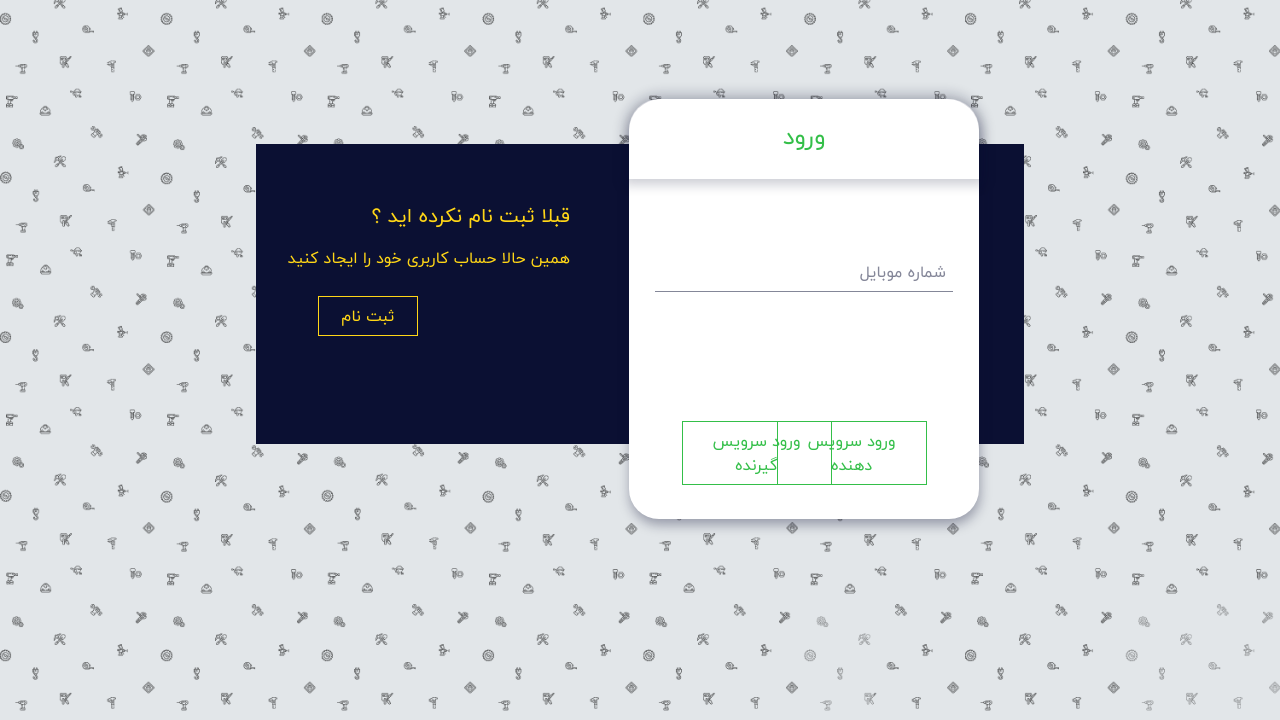
Repository: nightwolf-041/pisheyar-panel-user
Page: /login
The author's editor kept a copy of each file at every save. The page is drawn from the files as they stood at one save, then again after the next save.
The browser window is 1280 px wide. The pictures show the whole page.
The page's requests for data from a server got no answer. The project was rebuilt for these pictures with package versions that can differ from the ones it lists, and the page was loaded fresh each time. No one was signed in, and anything a server would have sent is missing. Also part of the build but not shown: src/components/login/RegisterBoxSteps.jsx.

Above is the page before, as saved 2020-05-20 11:50:44.

### src/index.css
@font-face {
    font-family: Yekan;
    src: url('./assets/fonts/iran-yekan/iranyekan.woff')
}

*,
* * {
    font-family: Yekan !important;
}

body {
    margin: 0 auto;
    font-family: Yekan !important;
    overflow-x: hidden !important;
    overflow-y: hidden !important;
}

code {
    font-family: source-code-pro, Menlo, Monaco, Consolas, 'Courier New', monospace;
}

### src/App.css
@font-face {
    font-family: Yekan;
    src: url('./assets/fonts/iran-yekan/iranyekan.woff')
}

*,
* * {
    font-family: Yekan !important;
}

.Toastify__toast-body {
    text-align: right !important;
}

.react-code-input input {
    padding: 0 !important;
    text-align: center !important;
    font-size: 1.2rem !important;
}

.lds-dual-ring {
    display: flex;
    justify-content: center;
    align-items: center;
    width: 150px;
    height: 150px;
    position: fixed;
    top: 30%;
    left: calc(50% - 75px);
    transform: translateZ(0);
    -webkit-transform: translateZ(0);
    -ms-transform: translateZ(0);
    -o-transform: translateZ(0);
}

.lds-dual-ring:after {
    content: " ";
    display: block;
    width: 64px;
    height: 64px;
    margin: 8px;
    border-radius: 50%;
    border: 6px solid #fff;
    border-color: #0b1033 transparent #ffd617 transparent;
    animation: lds-dual-ring 1.2s linear infinite;
    -webkit-animation: lds-dual-ring 1.2s linear infinite;
    -moz-animation: lds-dual-ring 1.2s linear infinite;
    -o-animation: lds-dual-ring 1.2s linear infinite;
}

@keyframes lds-dual-ring {
    0% {
        transform: rotate(0deg);
    }
    100% {
        transform: rotate(360deg);
    }
}

@-webkit-keyframes lds-dual-ring {
    0% {
        transform: rotate(0deg);
    }
    100% {
        transform: rotate(360deg);
    }
}

@-moz-keyframes lds-dual-ring {
    0% {
        transform: rotate(0deg);
    }
    100% {
        transform: rotate(360deg);
    }
}

@-o-keyframes lds-dual-ring {
    0% {
        transform: rotate(0deg);
    }
    100% {
        transform: rotate(360deg);
    }
}

### src/components/login/login.module.css
button:disabled {
    cursor: no-drop !important;
}

button {
    cursor: pointer;
}

::placeholder {
    color: rgba(11, 16, 51, 0.5);
}

.loginKeeper {
    position: relative;
    width: 100%;
    height: 100vh;
    background-color: #1730491f;
    background-image: url('../../assets/images/WideBackgroundFooter.svg');
    background-position: center;
    background-size: cover;
    display: flex;
    justify-content: center;
    align-items: center;
    overflow: hidden;
}

.loginPageMain {
    position: relative;
    width: 100vw;
    height: 100vh;
}

.loginRegisterSwitch {
    position: relative;
    top: 20%;
    width: 60%;
    max-width: 900px;
    display: block;
    margin-right: auto;
    margin-left: auto;
    height: 300px;
    background-color: #0b1033 !important;
    transition: 0.4s all ease;
}

.registerSideBox {
    position: absolute;
    top: 20%;
    left: 0;
    width: 360px;
    opacity: 1;
    transition: 1s opacity ease;
}

.registerSideBoxHidden {
    position: absolute;
    top: 20%;
    left: 0;
    width: 360px;
    opacity: 0;
    transition: 0.6s opacity ease;
}

.registerboxHead {
    text-align: right;
    color: #ffd617;
    padding-bottom: 10px;
}

.registerboxDesc {
    text-align: right;
    color: #ffd617;
}

.registerboxButton {
    position: absolute;
    left: 30%;
    margin-top: 10px;
    width: 100px;
    padding: 7px 15px;
    color: #ffd617;
    background: none;
    outline: none;
    border: 1px solid #ffd617;
    transition: 0.3s all ease;
}

.registerboxButton:before {
    position: absolute;
    top: 0;
    right: 0;
    width: 0;
    height: 100%;
    background-color: #ffd617;
    content: '';
    transition: 0.3s all ease;
}

.registerboxButton:hover {
    color: #0b1033 !important;
    z-index: 1 !important;
}

.registerboxButton:hover:before {
    width: 100%;
    z-index: -1;
}

.loginSideBox {
    position: absolute;
    top: 20%;
    right: 10%;
    width: 360px;
    opacity: 1;
    transition: 0.6s opacity ease;
}

.loginSideBoxHidden {
    position: absolute;
    top: 20%;
    right: 10%;
    width: 360px;
    opacity: 0;
    transition: 0.6s opacity ease;
}

.loginboxHead {
    text-align: right;
    color: #ffd617;
    padding-bottom: 10px;
}

.loginboxDesc {
    text-align: right;
    color: #ffd617;
}

.loginboxButton {
    position: absolute;
    right: 5%;
    width: 100px;
    margin-top: 10px;
    padding: 7px 15px;
    color: #ffd617;
    background: none;
    outline: none;
    border: 1px solid #ffd617;
    transition: 0.3s all ease;
}

.loginboxButton:before {
    position: absolute;
    top: 0;
    left: 0;
    width: 0;
    height: 100%;
    background-color: #ffd617;
    content: '';
    transition: 0.3s all ease;
}

.loginboxButton:hover {
    color: #0b1033 !important;
    z-index: 1 !important;
}

.loginboxButton:hover:before {
    width: 100%;
    z-index: -1;
}

.loginRegisterLoginBox {
    transition: 0.5s all ease;
    position: absolute;
    top: -15%;
    right: 45px;
    width: 350px;
    height: 420px;
    background-color: #fff;
    border-radius: 30px;
    box-shadow: 1px 6px 12px #0b103357;
}

.loginRegisterLoginHead {
    position: absolute;
    top: 0;
    width: 100%;
    height: 5rem;
    padding-top: 1.5rem;
    box-shadow: 0 0 12px 6px rgba(11, 16, 51, 0.2);
    display: flex;
    justify-content: center;
    border-top-left-radius: 2rem;
    border-top-right-radius: 2rem;
    color: #34bf49;
}

.loginRegisterLoginForm {
    position: absolute;
    top: 30%;
    width: 100%;
    height: 115px;
    display: flex;
    flex-direction: column;
    justify-content: center;
    align-content: center;
    align-items: center;
}

.loginRegisterLoginPhoneNumber,
.loginRegisterLoginPhoneNumberInvalid {
    width: 85%;
    padding: 7px 7px;
    margin-bottom: 20px;
    border: none;
    outline: none;
    direction: rtl;
}

.loginRegisterLoginPhoneNumber {
    border-bottom: 1px solid rgba(11, 16, 51, 0.5);
}

.loginRegisterLoginPhoneNumberInvalid {
    border-bottom: 1px solid #e57373;
}

.loginRegisterLoginPhoneNumber:focus::placeholder,
.loginRegisterLoginPhoneNumberInvalid:focus::placeholder {
    visibility: hidden;
}

.loginMobileErrorSpan {
    margin-top: -12px;
    padding-right: 15px;
    font-size: 13px;
    color: #f44336;
    width: 94%;
    display: flex;
    justify-content: flex-end;
}

.loginRegisterLoginButton {
    position: absolute;
    top: 170%;
    right: 15%;
    padding: 7px 8px;
    width: 150px;
    background: none;
    outline: none;
    color: #34bf49;
    border: 1px solid #34bf49;
}

.loginRegisterLoginButtonByer {
    position: absolute;
    top: 170%;
    left: 15%;
    padding: 7px 8px;
    width: 150px;
    background: none;
    outline: none;
    color: #34bf49;
    border: 1px solid #34bf49;
}

.loginRegisterLoginButtonByer::before,
.loginRegisterLoginButton::before {
    position: absolute;
    top: 0;
    left: 0;
    width: 100%;
    height: 0;
    background-color: #34bf49;
    content: '';
    transition: 0.3s all ease;
}

.loginRegisterLoginButtonByer:hover,
.loginRegisterLoginButton:hover {
    color: #fff !important;
    z-index: 1 !important;
}

.loginRegisterLoginButtonByer:hover::before,
.loginRegisterLoginButton:hover::before {
    height: 100%;
    z-index: -1;
}

.loginRegisterRegisterBox {
    transition: 0.5s all ease;
    position: absolute;
    top: -30%;
    right: calc(100% - 400px);
    width: 350px;
    height: 530px;
    background-color: #fff;
    border-radius: 30px;
    box-shadow: 1px 6px 12px #0b103357;
    margin-bottom: 1rem;
    margin-top: 1rem;
}

.loginRegisterRegisterBoxMinHeight {
    transition: 0.5s all ease;
    position: absolute;
    top: -15%;
    right: calc(100% - 400px);
    width: 350px;
    height: 420px;
    background-color: #fff;
    border-radius: 30px;
    box-shadow: 1px 6px 12px #0b103357;
    margin-bottom: 1rem;
    margin-top: 1rem;
}

.loginRegisterRegisterHead {
    position: absolute;
    top: 0;
    width: 100%;
    height: 5rem;
    padding-top: 2rem;
    box-shadow: 0 1px 12px 6px rgba(3, 3, 5, 0.2);
    display: flex;
    justify-content: center;
    border-top-left-radius: 2rem;
    border-top-right-radius: 2rem;
    color: #34bf49;
}

.loginRegisterRegisterForm {
    position: absolute;
    top: 25%;
    width: 100%;
    height: 280px;
    display: flex;
    flex-direction: column;
    justify-content: center;
    align-content: center;
    align-items: center;
}

.loginRegisterRegisterName,
.loginRegisterRegisterNameInvalid {
    width: 85%;
    padding: 7px 7px;
    margin-bottom: 20px;
    color: rgba(11, 16, 51, 0.95);
    border: none;
    outline: none;
    direction: rtl;
}

.loginRegisterRegisterName {
    border-bottom: 1px solid rgba(11, 16, 51, 0.5);
}

.loginRegisterRegisterNameInvalid {
    border-bottom: 1px solid #e57373;
}

.loginRegisterRegisterName:focus::placeholder,
.loginRegisterRegisterNameInvalid:focus::placeholder {
    visibility: hidden;
}

.registerNameErrorSpan {
    margin-top: -13px;
    padding-right: 15px;
    font-size: 12px;
    color: #f44336;
    width: 94%;
    display: flex;
    justify-content: flex-end;
}

.loginRegisterRegisterFamily,
.loginRegisterRegisterFamilyInvalid {
    width: 85%;
    padding: 7px 7px;
    margin-bottom: 20px;
    color: rgba(11, 16, 51, 0.95);
    border: none;
    outline: none;
    direction: rtl;
}

.loginRegisterRegisterFamily {
    border-bottom: 1px solid rgba(11, 16, 51, 0.5);
}

.loginRegisterRegisterFamilyInvalid {
    border-bottom: 1px solid #e57373;
}

.loginRegisterRegisterFamily:focus::placeholder,
.loginRegisterRegisterFamilyInvalid:focus::placeholder {
    visibility: hidden;
}

.registerFamilyErrorSpan {
    margin-top: -13px;
    padding-right: 15px;
    font-size: 12px;
    color: #f44336;
    width: 94%;
    display: flex;
    justify-content: flex-end;
}

.registerCityErrorSpan {
    margin-top: -13px;
    padding-right: 15px;
    font-size: 12px;
    color: #f44336;
    width: 94%;
    display: flex;
    justify-content: flex-end;
}

.loginRegisterRegisterSelectsbox {
    width: 85%;
    display: flex;
    flex-direction: row-reverse;
    justify-content: space-between;
    align-items: center;
    margin-bottom: 10px;
}

.loginRegisterRegisterSelectContry,
.loginRegisterRegisterSelectCity {
    height: 2.1rem;
    display: flex;
    justify-content: center;
    align-items: center;
    direction: rtl;
    width: 45%;
    background: none;
    border-bottom: 1px solid rgba(11, 16, 51, 0.5);
    outline: none;
    padding: 0.4rem 0.7rem;
    margin-top: 0.5rem;
    margin-bottom: 0.5rem;
    color: rgba(11, 16, 51, 0.95);
}

.loginRegisterRegisterSelectContryInvalid,
.loginRegisterRegisterSelectCityInvalid {
    height: 2.1rem;
    display: flex;
    justify-content: center;
    align-items: center;
    direction: rtl;
    width: 45%;
    background: none;
    border-bottom: 1px solid #e57373;
    outline: none;
    padding: 0.4rem 0.7rem;
    margin-top: 0.5rem;
    margin-bottom: 0.5rem;
    color: rgba(11, 16, 51, 0.95);
}

.loginRegisterRegisterSelectGender {
    height: 2.1rem;
    display: flex;
    justify-content: center;
    align-items: center;
    direction: rtl;
    width: 85%;
    background: none;
    border-bottom: 1px solid rgba(11, 16, 51, 0.5);
    outline: none;
    padding: 0.4rem 0.7rem;
    margin-top: 0.5rem;
    margin-bottom: 0.5rem;
    color: rgba(11, 16, 51, 0.95);
    margin-bottom: 20px;
}

.loginRegisterRegisterPhoneNumber,
.loginRegisterRegisterPhoneNumberInvalid {
    width: 85%;
    padding: 7px 7px;
    margin-bottom: 20px;
    color: rgba(11, 16, 51, 0.95);
    border: none;
    outline: none;
    direction: rtl;
}

.loginRegisterRegisterPhoneNumber {
    border-bottom: 1px solid rgba(11, 16, 51, 0.5);
}

.loginRegisterRegisterPhoneNumberInvalid {
    border-bottom: 1px solid #e57373;
}

.loginRegisterRegisterPhoneNumber:focus::placeholder,
.loginRegisterRegisterPhoneNumberInvalid:focus::placeholder {
    visibility: hidden;
}

.registerPhoneNumberErrorSpan {
    margin-top: -13px;
    padding-right: 15px;
    font-size: 12px;
    color: #f44336;
    width: 94%;
    display: flex;
    justify-content: flex-end;
}

.registerStep2CodeInput,
.registerStep2CodeInputInvalid {
    width: 85%;
    padding: 7px 7px;
    margin-bottom: 20px;
    border: none;
    outline: none;
    direction: rtl;
}

.registerStep2CodeInput {
    border-bottom: 1px solid rgba(11, 16, 51, 0.5);
}

.registerStep2CodeInputInvalid {
    border-bottom: 1px solid #e57373;
}

.registerStep2CodeInput:focus::placeholder,
.registerStep2CodeInputInvalid:focus::placeholder {
    visibility: hidden;
}

.registerStep2CodeErrorSpan {
    margin-top: -13px;
    padding-right: 15px;
    font-size: 14px;
    color: #f44336;
    width: 94%;
    display: flex;
    justify-content: flex-end;
}

.loginRegisterRegisterButton {
    position: absolute;
    top: 115%;
    right: calc(50% - 90px);
    padding: 7px 15px;
    width: 180px;
    background: none;
    outline: none;
    color: #34bf49;
    border: 1px solid #34bf49;
}

.loginRegisterRegisterButton:before {
    position: absolute;
    bottom: 0;
    left: 0;
    width: 100%;
    height: 0;
    background-color: #34bf49;
    content: '';
    transition: 0.3s all ease;
}

.loginRegisterRegisterButton:hover {
    color: #fff !important;
    z-index: 1 !important;
}

.loginRegisterRegisterButton:hover:before {
    height: 100%;
    z-index: -1;
}


/* step2 btns */

.registerStep2Buttonsbox {
    position: absolute;
    top: 170%;
    right: 0;
    width: 100%;
    display: flex;
    flex-direction: row-reverse;
    justify-content: space-around;
    align-items: center;
}

.registerStep2Button {
    position: relative;
    padding: 7px 10px;
    width: 100px;
    background: none;
    outline: none;
    color: #34bf49;
    border: 1px solid #34bf49;
}

.registerStep2Button:before {
    position: absolute;
    bottom: 0;
    left: 0;
    width: 100%;
    height: 0;
    background-color: #34bf49;
    content: '';
    transition: 0.3s all ease;
}

.registerStep2Button:hover {
    color: #fff !important;
    z-index: 1 !important;
}

.registerStep2Button:hover:before {
    height: 100%;
    z-index: -1;
}

.registerStep2BackButton {
    position: relative;
    padding: 7px 10px;
    width: 100px;
    background: none;
    outline: none;
    color: #f44336;
    border: 1px solid #f44336;
}

.registerStep2BackButton:before {
    position: absolute;
    bottom: 0;
    left: 0;
    width: 100%;
    height: 0;
    background-color: #f44336;
    content: '';
    transition: 0.3s all ease;
}

.registerStep2BackButton:hover {
    color: #fff !important;
    z-index: 1 !important;
}

.registerStep2BackButton:hover:before {
    height: 100%;
    z-index: -1;
}


/* login step2 btns  */

.loginStep2Button {
    position: relative;
    padding: 7px 10px;
    width: 100px;
    background: none;
    outline: none;
    color: #34bf49;
    border: 1px solid #34bf49;
}

.loginStep2Button:before {
    position: absolute;
    top: 0;
    left: 0;
    width: 100%;
    height: 0;
    background-color: #34bf49;
    content: '';
    transition: 0.3s all ease;
}

.loginStep2Button:hover {
    color: #fff !important;
    z-index: 1 !important;
}

.loginStep2Button:hover:before {
    height: 100%;
    z-index: -1;
}

.loginStep2BackButton {
    position: relative;
    padding: 7px 10px;
    width: 100px;
    background: none;
    outline: none;
    color: #f44336;
    border: 1px solid #f44336;
}

.loginStep2BackButton:before {
    position: absolute;
    top: 0;
    left: 0;
    width: 100%;
    height: 0;
    background-color: #f44336;
    content: '';
    transition: 0.3s all ease;
}

.loginStep2BackButton:hover {
    color: #fff !important;
    z-index: 1 !important;
}

.loginStep2BackButton:hover:before {
    height: 100%;
    z-index: -1;
}

.registerAlerts {
    position: absolute;
    top: -40%;
    left: 0;
    width: 100%;
    height: 0;
    text-align: center;
    z-index: 15;
}

.registerAlerts p,
.registerAlerts h4 {
    color: #fff;
    font-size: 18px;
    padding-bottom: 15px;
    text-align: center;
}

.registerAlerts span {
    color: #fff;
    font-size: 17px;
    padding-bottom: 15px;
    text-align: center;
}

.loginAlerts {
    position: absolute;
    top: -40%;
    left: 0;
    width: 100%;
    height: 0;
    text-align: center;
    z-index: 15;
}

.loginAlerts p,
.loginAlerts h4 {
    color: #fff;
    font-size: 18px;
    padding-bottom: 15px;
    text-align: center;
}

.loginAlerts span {
    color: #fff;
    font-size: 17px;
    padding-bottom: 15px;
    text-align: center;
}

.loginShowHidePasswordIcon {
    width: 27px;
    height: 27px;
    position: absolute;
    top: 60%;
    right: 10%;
}

.registerShowHidePasswordIcon {
    width: 27px;
    height: 27px;
    position: absolute;
    top: 53%;
    right: 10%;
}

.registerShowHideRepasswordIcon {
    width: 27px;
    height: 27px;
    position: absolute;
    bottom: 9%;
    right: 10%;
}

.registerShowHideRepasswordIconInvalid {
    width: 27px;
    height: 27px;
    position: absolute;
    bottom: 5%;
    right: 10%;
}

.timerBox {
    margin-bottom: -50px;
    margin-top: 20px;
    color: #f44336;
}

@media screen and (max-width: 1330px) {
    .registerSideBox {
        left: -6%;
    }
    .registerSideBoxHidden {
        left: -6%;
    }
    .loginSideBox {
        right: 4%;
    }
    .loginSideBoxHidden {
        right: 4%;
    }
}

@media screen and (max-width: 1220px) {
    .loginRegisterSwitch {
        width: 70%;
    }
}

@media screen and (max-width: 1060px) {
    .loginRegisterSwitch {
        width: 80%;
    }
}

@media screen and (max-width: 930px) {
    .loginRegisterSwitch {
        width: 90%;
    }
}

@media screen and (max-width: 850px) {
    .registerSideBox {
        left: -11%;
    }
    .registerSideBoxHidden {
        left: -11%;
    }
    .registerboxHead {
        font-size: 16px;
    }
    .registerboxDesc {
        font-size: 14px;
    }
    .registerboxButton {
        left: 40%;
    }
    .loginboxHead {
        font-size: 16px;
    }
    .loginboxDesc {
        font-size: 14px;
    }
}

@media screen and (max-width: 780px) {
    .loginRegisterRegisterBox {
        right: calc(100% - 350px);
        width: 300px;
        height: 530px;
    }
    .loginRegisterRegisterBoxMinHeight {
        right: calc(100% - 350px);
        width: 300px;
        height: 420px;
    }
    .loginRegisterLoginBox {
        width: 300px;
        height: 400px;
    }
    .loginRegisterLoginButton {
        width: 160px;
        left: calc(50% - 80px);
        top: 130%;
    }
    .loginRegisterLoginButtonByer {
        width: 160px;
        left: calc(50% - 80px);
        top: 170%;
    }
}

@media screen and (max-width: 730px) {
    .loginPageMain {
        height: 120vh;
    }
    .loginRegisterSwitch {
        width: 350px;
        top: 20%;
        height: 500px;
        /* margin-bottom: 20rem; */
    }
    .loginRegisterLoginBox {
        top: -20%;
        right: 25px;
    }
    .loginRegisterRegisterBox {
        right: 25px;
        top: 40%;
    }
    .loginRegisterRegisterBoxMinHeight {
        right: 25px;
        top: 40%;
    }
    .loginSideBox {
        width: 100%;
        top: 10%;
        left: 0;
        display: flex;
        flex-direction: column;
        align-items: center;
        right: 0;
    }
    .loginSideBoxHidden {
        width: 100%;
        top: 10%;
        left: 0;
        display: flex;
        flex-direction: column;
        align-items: center;
        right: 0;
    }
    .loginboxButton {
        left: calc(50% - 50px);
        width: 100px;
        margin-top: 5rem;
    }
    .registerSideBox {
        width: 100%;
        top: 67%;
        left: 0;
        display: flex;
        flex-direction: column;
        align-items: center;
        right: 0;
    }
    .registerSideBoxHidden {
        width: 100%;
        top: 67%;
        left: 0;
        display: flex;
        flex-direction: column;
        align-items: center;
        right: 0;
    }
    .registerboxButton {
        left: calc(50% - 50px);
        width: 100px;
        margin-top: 5rem;
    }
}

@media screen and (max-width: 375px) {
    .loginRegisterSwitch {
        width: 300px;
        top: 15%;
        height: 550px;
        margin-bottom: 14rem;
    }
    .loginRegisterRegisterBox {
        right: 48%;
        width: 280px;
        height: 530px;
    }
    .loginRegisterRegisterBoxMinHeight {
        right: 10px;
        width: 280px;
        height: 410px;
    }
    .loginRegisterLoginBox {
        top: -12%;
        width: 280px;
        height: 390px;
        right: 10px;
    }
    .loginRegisterRegisterBox {
        right: 10px;
        top: 40%;
    }
}

@media screen and (max-width: 315px) {
    .loginRegisterSwitch {
        width: 260px;
        top: 10%;
        height: 500px;
    }
    .loginRegisterRegisterBox {
        right: 48%;
        width: 250px;
        height: 530px;
    }
    .loginRegisterRegisterBoxMinHeight {
        right: 48%;
        width: 250px;
        height: 410px;
    }
    .loginRegisterLoginBox {
        width: 250px;
        height: 360px;
    }
    .loginRegisterLoginBox {
        right: 5px;
    }
    .loginRegisterRegisterBox {
        right: 5px;
        top: 40%;
    }
    .registerboxHead {
        font-size: 14px;
    }
    .registerboxDesc {
        font-size: 12px;
    }
    .loginboxHead {
        font-size: 14px;
    }
    .loginboxDesc {
        font-size: 12px;
    }
}

Loaded but not shown: public/index.html (common file); src/serviceWorker.js (common file); src/App.js (45 lines, source omitted); src/index.js (23 lines, source omitted); src/components/login/Login.jsx (746 lines, source omitted); src/components/login/LoginBixSteps.jsx (85 lines, source omitted)

After the next save:
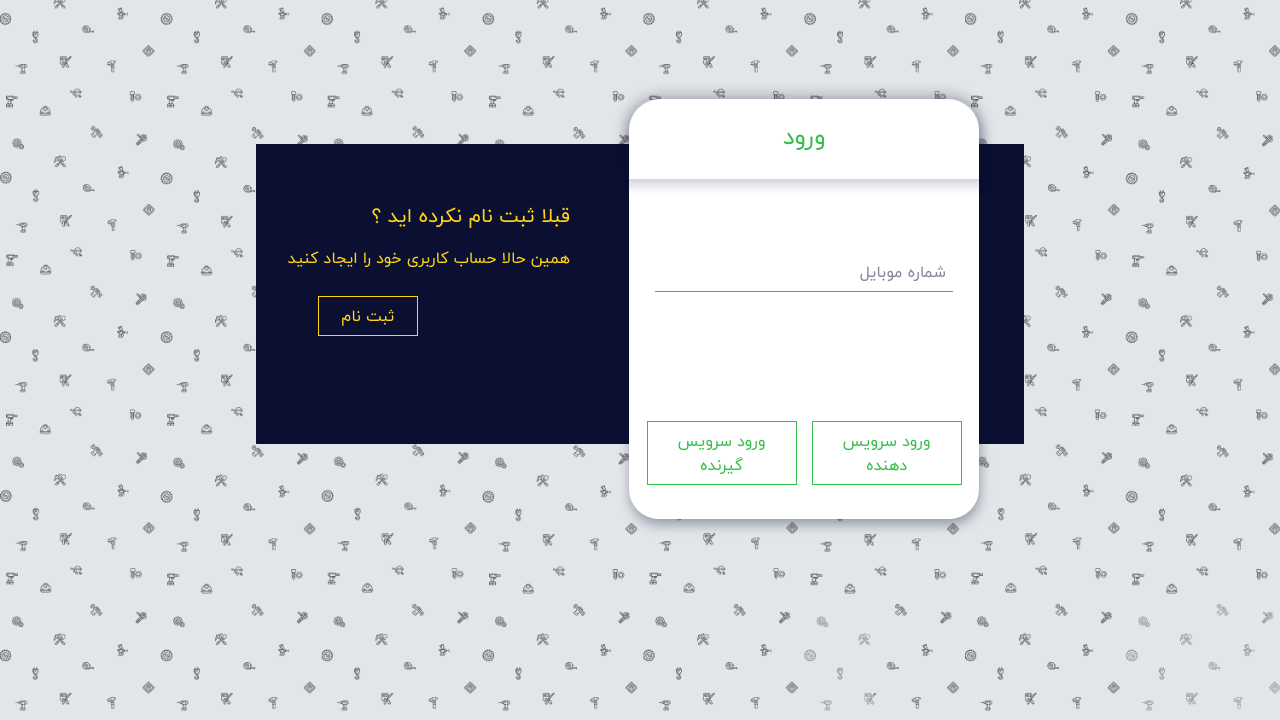
Saved 19 s later.
--- a/src/components/login/login.module.css
+++ b/src/components/login/login.module.css
@@ -243,7 +243,7 @@ button {
 .loginRegisterLoginButton {
     position: absolute;
     top: 170%;
-    right: 15%;
+    right: 5%;
     padding: 7px 8px;
     width: 150px;
     background: none;
@@ -255,7 +255,7 @@ button {
 .loginRegisterLoginButtonByer {
     position: absolute;
     top: 170%;
-    left: 15%;
+    left: 5%;
     padding: 7px 8px;
     width: 150px;
     background: none;
